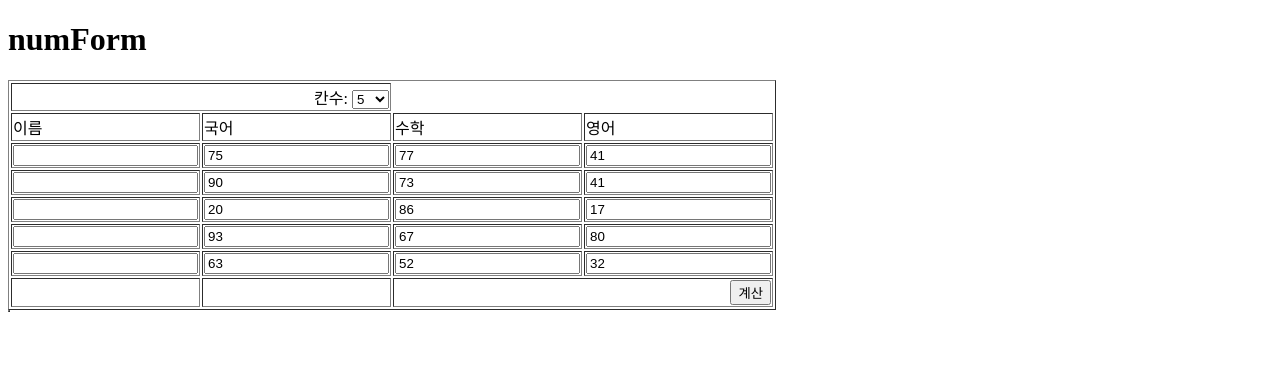
Repository: Jamikidu/newJsp
Page: http://localhost/jspProj/request/numForm.jsp
These files come from the project's save history. The page is drawn as it stood at one moment and after the next save; the edit follows.
The browser window is 1280 px wide. The pictures show the whole page.
The page is served by Tomcat 9.

Above is the page before, as saved 2023-07-27 08:18:55.

After the next save:
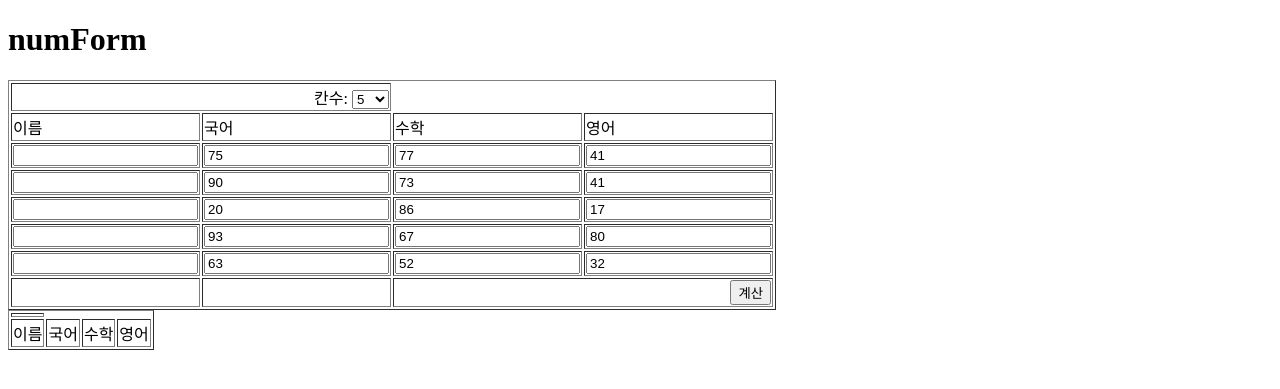
Saved 74 s later.
--- a/jspProj/src/main/webapp/request/numForm.jsp
+++ b/jspProj/src/main/webapp/request/numForm.jsp
@@ -67,7 +67,14 @@
 	</table>
 </form>
 <table border="">
-
+	<th>
+		<tr>
+			<td>이름</td>
+			<td>국어</td>
+			<td>수학</td>
+			<td>영어</td>
+		</tr>
+	</th>
 </table>
 
 </body>
